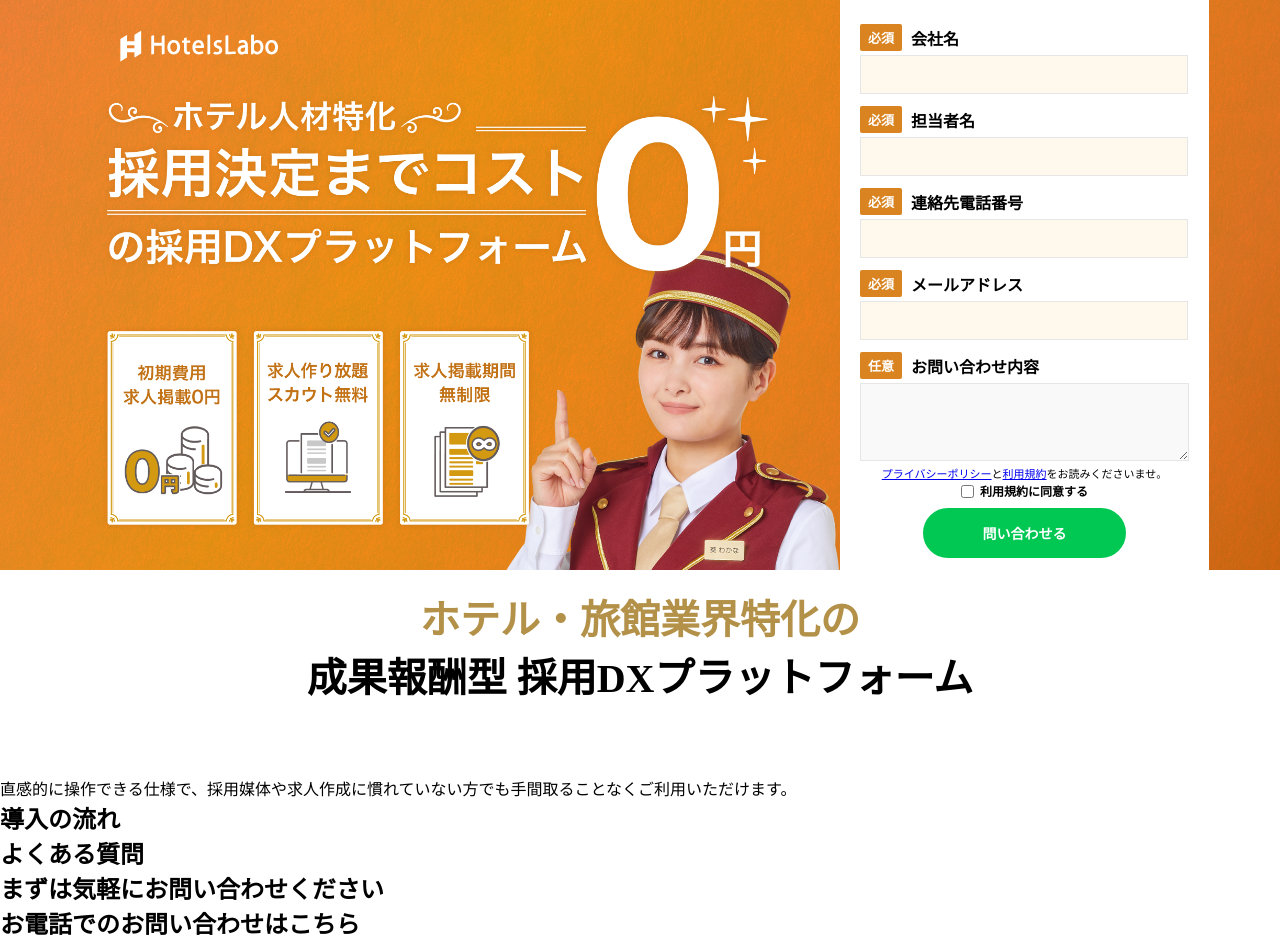
Repository: FujieRyou/to_b_lp
Page: index.html
These files come from the project's save history. The page is drawn as it stood at one moment and after the next save; the edit follows.
The browser window is 1280 px wide. The pictures show the whole page.

Above is the page before, as saved 2024-02-27 03:34:12.
Not found: index.js

After the next save:
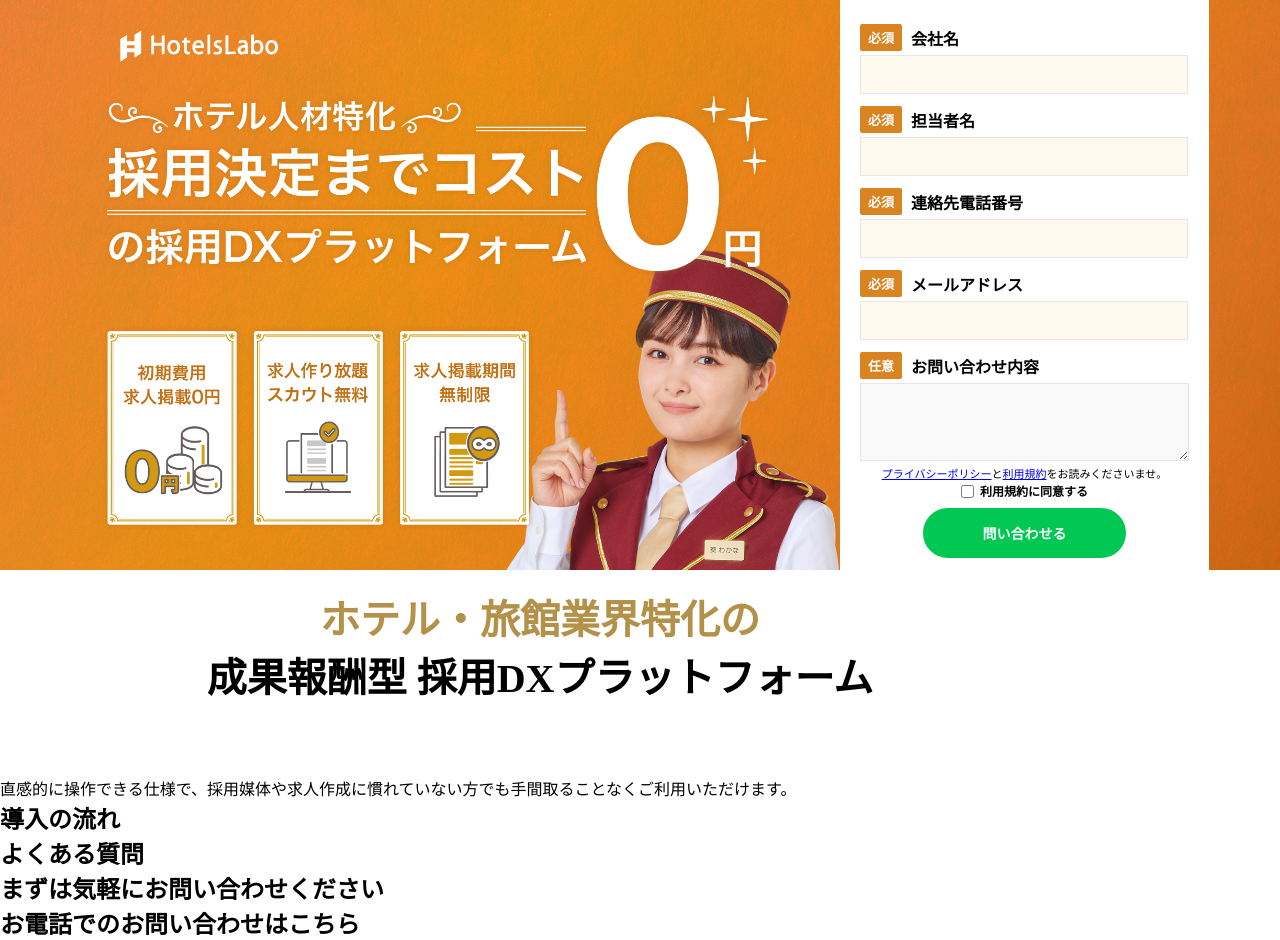
Saved 5 days later.
--- a/style.css
+++ b/style.css
@@ -114,7 +114,9 @@
     font-weight: bold;
 }
 
-
+.specializedIntroductionWrap{
+    max-width: 1080px;
+}
 
 .specializedIntroductionWrap > h2{
     text-align: center;
